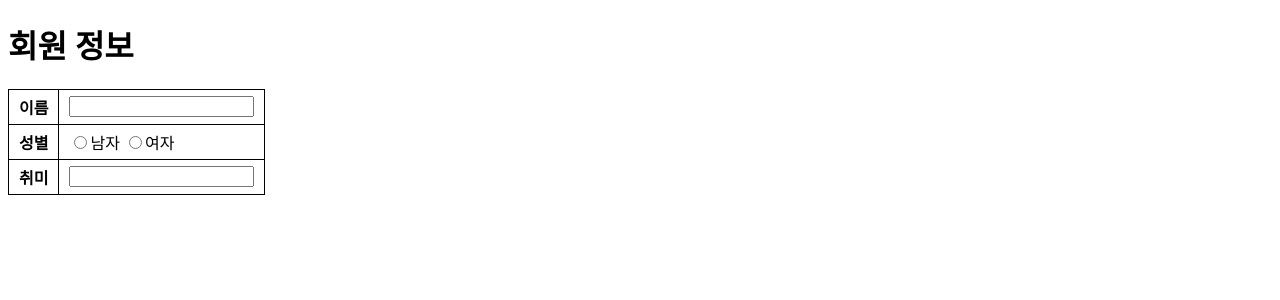
Repository: ZicoPark/Lost-Dev
Page: http://localhost/03_request/
These files come from the project's save history. The page is drawn as it stood at one moment and after the next save; the edit follows.
The browser window is 1280 px wide. The pictures show the whole page.
The page is served by Tomcat 9.

Above is the page before, as saved 2023-02-20 03:11:25.

After the next save:
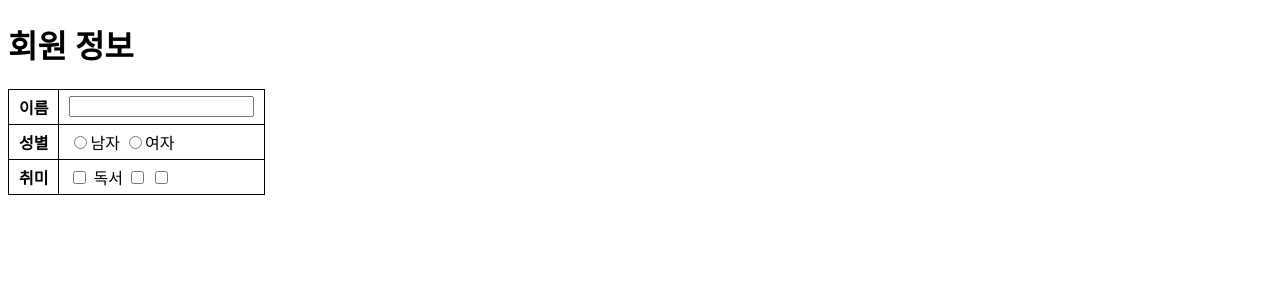
Saved 33 s later.
--- a/JSP/03_request/WebContent/index.jsp
+++ b/JSP/03_request/WebContent/index.jsp
@@ -34,7 +34,9 @@
 		<tr>
 			<th>취미</th>
 			<td>
-				<input type = "text" name="userName"/>
+				<input type = "checkbox" name="hobby" value="독서"/> 독서
+				<input type = "checkbox" name="hobby" value="독서"/>
+				<input type = "checkbox" name="hobby" value="독서"/>
 			</td>
 		</tr>
 	</table>
